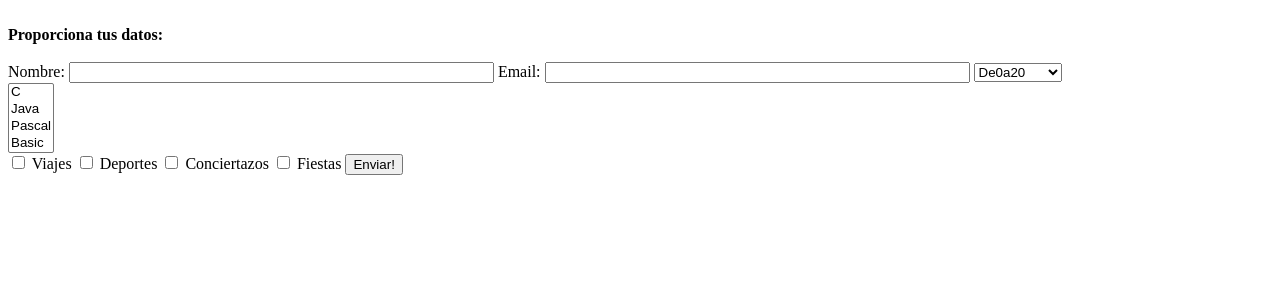
Repository: ebaglio/trabajophp
Page: http://localhost/ejercicioformularios.php
These files come from the project's save history. The page is drawn as it stood at one moment and after the next save; the edit follows.
The browser window is 1280 px wide. The pictures show the whole page.
The page is run by PHP 8.4 with error messages shown; the project is at /var/www/html/.

Above is the page before, as saved 2012-05-04 10:36:26.

### curso1/ejercicioformularios.php
<html>
<head>
        <title>Formulario datos personales</title>
<head>
<body>
 <br />
<b>Proporciona tus datos:</b><br /><br />
<form method="post" action="<?= $_SERVER['PHP_SELF'] ?>">
<td>Nombre:</td><td> <input type=\"text\" name=\"name\" size=50></td>
<td>Email:</td><td> <input type=\"text\" name=\"name\" size=50></td>
<tr>
<select name=\"Edad\">
        <option value=\"De0a20\" selected>De0a20</option>
    <option value=\"De 20 a 60\">De 20 a 60</option>
    </select>
</tr>
<br>
<tr>
	<select multiple name=\"lenguajes[]\">
   <option value=\"C\">C</option>
   <option value=\"Java\">Java</option>
   <option value=\"Pascal\">Pascal</option>
   <option value=\"Basic\">Basic</option>
</select><br>
</tr>
<tr>
	<input type="checkbox" name="viajes" value="on" /> Viajes
	<input type="checkbox" name="deportes" value="on" /> Deportes
	<input type="checkbox" name="conciertazos" value="on" /> Conciertazos
	<input type="checkbox" name="fiestas" value="on" /> Fiestas
</tr>
<input name="send" type="submit" id="send" value="Enviar!">

</form>









</body>
</html>

After the next save:
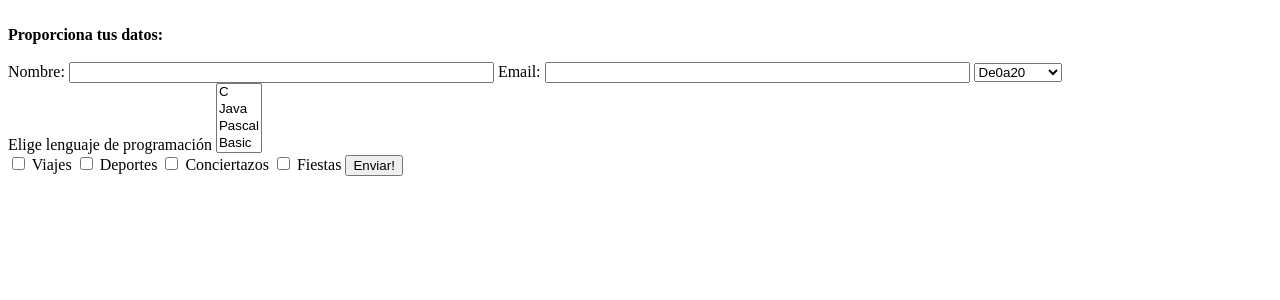
Saved 23 s later.
--- a/curso1/ejercicioformularios.php
+++ b/curso1/ejercicioformularios.php
@@ -15,7 +15,7 @@
     </select>
 </tr>
 <br>
-<tr>
+<tr> Elige lenguaje de programación
 	<select multiple name=\"lenguajes[]\">
    <option value=\"C\">C</option>
    <option value=\"Java\">Java</option>
